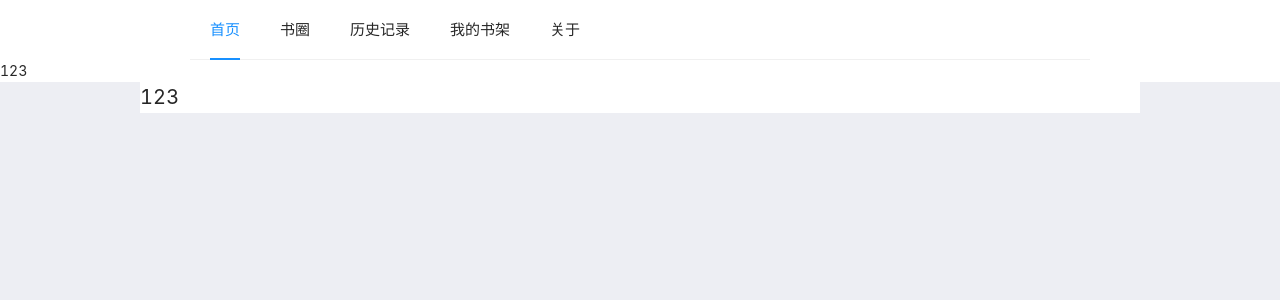
Repository: Fengjing95/book-react
Page: /
An editor plug-in stored every save of this project. The page is shown before and after the next save, followed by the edit.
The browser window is 1280 px wide. The pictures show the whole page.
The project was rebuilt for these pictures with package versions that can differ from the ones it lists, and the page was loaded fresh each time.

Above is the page before, as saved 2021-02-19 11:41:54.

### src/index.js
/*
 * @Date: 2021-01-24 10:37:12
 * @LastEditors: 小枫
 * @description: 配置
 * @LastEditTime: 2021-01-24 11:21:08
 * @FilePath: \book-react\src\index.js
 */
import React from 'react';
import ReactDOM from 'react-dom';
import './index.css';
import App from './App';
// import reportWebVitals from './reportWebVitals';
import axios from 'axios';
import 'antd/dist/antd.css';

// 配置axios
axios.defaults.baseURL = '/api'
// 配置请求拦截
axios.interceptors.request.use(
  config => {
    config.headers.Authorization = window.localStorage.getItem('token')
    return config;
  },
  err => {
    return Promise.reject(err);
  }
);
// 添加响应拦截器
axios.interceptors.response.use(
  function (response) {
    console.log(response);
    return response;
  },
  function (error) {
    // 对响应错误做点什么
    return Promise.reject(error);
  }
);
React.Component.prototype.$http = axios

ReactDOM.render(
  <React.StrictMode>
    <App />
  </React.StrictMode>,
  document.getElementById('root')
);

// If you want to start measuring performance in your app, pass a function
// to log results (for example: reportWebVitals(console.log))
// or send to an analytics endpoint. Learn more: https://bit.ly/CRA-vitals
// reportWebVitals();

### src/App.js
/*
 * @Date: 2021-01-24 10:37:12
 * @LastEditors: 小枫
 * @description: 主组件
 * @LastEditTime: 2021-02-19 11:28:44
 * @FilePath: \book-react\src\App.js
 */
import './App.css';
import { BrowserRouter as Router } from "react-router-dom"
import { renderRoutes } from 'react-router-config'
import { routes } from './router/index'
import MyMenu from './components/MyMenu/MyMenu'

function AppRouter() {
  return <div>
      <Router>
        <MyMenu />
        <div className="App">
          {renderRoutes(routes)}
        </div>
      </Router>
    </div >
}

export default AppRouter

### src/App.css
.App {
  /* text-align: center; */
  width: 1000px;
  margin: 0 auto;
  background-color: #fff;
}


.App-logo {
  height: 40vmin;
  pointer-events: none;
}

@media (prefers-reduced-motion: no-preference) {
  .App-logo {
    animation: App-logo-spin infinite 20s linear;
  }
}

.App-header {
  background-color: #282c34;
  min-height: 100vh;
  display: flex;
  flex-direction: column;
  align-items: center;
  justify-content: center;
  font-size: calc(10px + 2vmin);
  color: white;
}

.App-link {
  color: #61dafb;
}

@keyframes App-logo-spin {
  from {
    transform: rotate(0deg);
  }
  to {
    transform: rotate(360deg);
  }
}

### src/router/index.js
/*
 * @Date: 2021-01-24 11:15:58
 * @LastEditors: 小枫
 * @description: description
 * @LastEditTime: 2021-01-24 11:19:53
 * @FilePath: \book-react\src\router\index.js
 */
import Home from '../pages/Home/Home'

export const routes = [
  {
    path: '/',
    exact: true,
    component: Home
  },
  // {
  //   path: '/list/:id',
  //   component: InputList,
  //   routes: [
  //     {
  //       path: '/list/:id/h',
  //       component: News
  //     }
  //   ]
  // }
]

### src/components/MyMenu/MyMenu.jsx
import React, { Component } from 'react'
import { Menu } from 'antd'
import { Link } from "react-router-dom"
import './menu.sass'

export class MyMenu extends Component {
  constructor(props) {
    super(props)

    this.state = {
      current: 'home',
      menu: [
        { name: '首页', route: '/', key: 'home' },
        { name: '书圈', route: '/discussion', key: 'discussion' },
        { name: '历史记录', route: '/history', key: 'history' },
        { name: '我的书架', route: '/collection', key: 'collection' },
        { name: '关于', route: '/about', key: 'about' }
      ]
    }
  }

  menuHandler = (e) => {
    this.setState({
      current: e.key
    })
  }

  render() {
    return (
      <div className="menu-bg">
        <Menu
          selectedKeys={[this.state.current]}
          mode="horizontal" onClick={this.menuHandler}
          style={{ lineHeight: '60px', fontSize: '15px', width: '900px', margin: '0 auto' }}>
          {
            this.state.menu.map((item) => {
              return <Menu.Item key={item.key}>
                <Link to={item.route}>{item.name}</Link>
              </Menu.Item>
            })
          }
        </Menu>
        <div className="user">123</div>
      </div>
    )
  }
}

export default MyMenu

### src/pages/Home/Home.jsx
import React, { Component } from 'react'
import './home.sass'

export class Home extends Component {
  constructor(props) {
    super(props)

    this.state = {
      msg: '123',
    }
  }

  render() {
    return (
      <div className="msg">
        {this.state.msg}
      </div>
    )
  }
}

export default Home

### src/components/MyMenu/menu.sass
.menu-bg
  width: 100%
  background-color: #fff
  display:flex
  .user
    flex: 1

### src/pages/Home/home.sass
.msg
  font-size: 20px

Loaded but not shown: public/index.html (common file); src/index.css (common file)

After the next save:
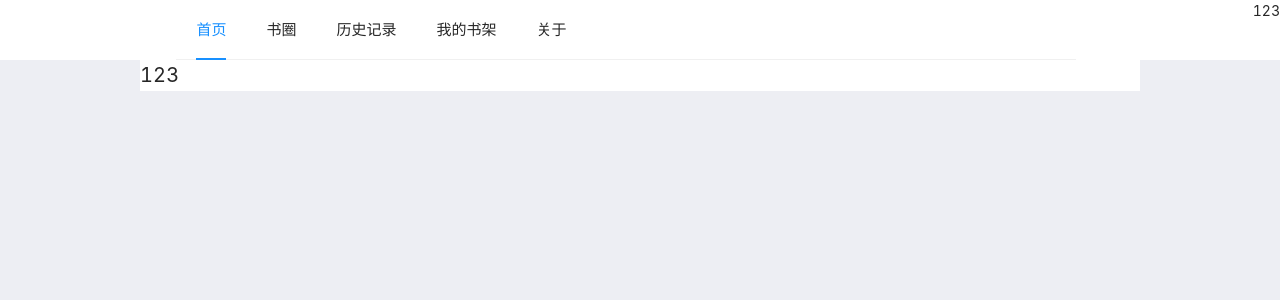
Saved 5 s later.
--- a/src/components/MyMenu/menu.sass
+++ b/src/components/MyMenu/menu.sass
@@ -1,6 +1,4 @@
 .menu-bg
   width: 100%
   background-color: #fff
-  display:flex
-  .user
-    flex: 1
+  display: flex
